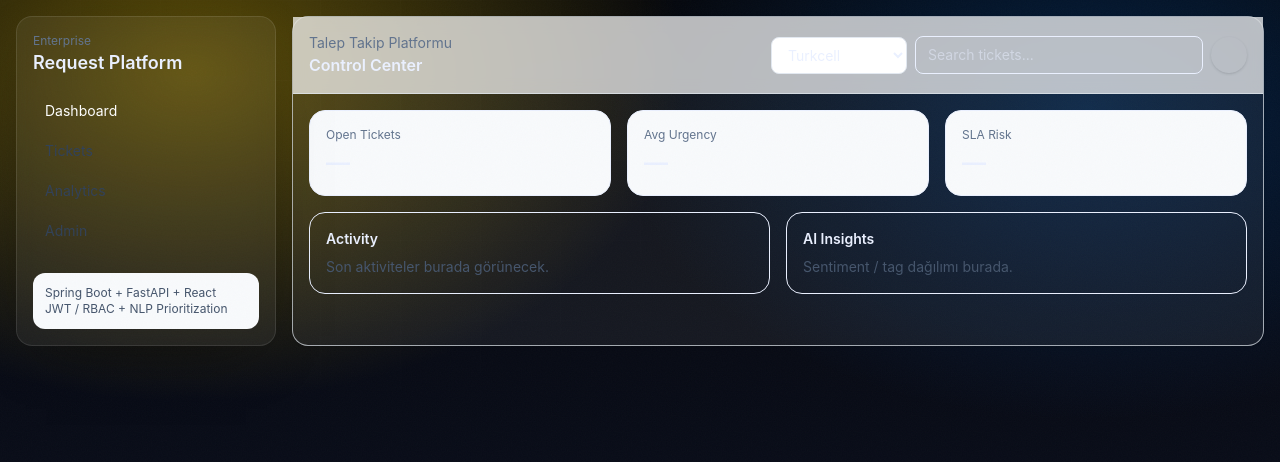
Repository: Salihapeker/enterprise-ai-ticket-system
Page: / (app in Desktop/enterprise-ai-ticket-system/frontend/)
The author's editor kept a copy of each file at every save. The page is drawn from the files as they stood at one save, then again after the next save.
The browser window is 1280 px wide. The pictures show the whole page.
The project was rebuilt for these pictures with package versions that can differ from the ones it lists, and the page was loaded fresh each time. Also part of the build but not shown: Desktop/enterprise-ai-ticket-system/frontend/vite.config.ts, Desktop/enterprise-ai-ticket-system/frontend/src/services/tickets.ts, Desktop/enterprise-ai-ticket-system/frontend/src/pages/TicketsPage.tsx, Desktop/enterprise-ai-ticket-system/frontend/src/pages/AnalyticsPage.tsx, Desktop/enterprise-ai-ticket-system/frontend/src/pages/AdminPage.tsx.

Above is the page before, as saved 2026-03-16 02:38:04.

### Desktop/enterprise-ai-ticket-system/frontend/src/main.tsx
import { StrictMode } from "react";
import { createRoot } from "react-dom/client";
import "./index.css";
import App from "./App.tsx";
import ThemeProvider from "./theme/ThemeProvider";

createRoot(document.getElementById("root")!).render(
  <StrictMode>
    <ThemeProvider>
      <App />
    </ThemeProvider>
  </StrictMode>,
);

### Desktop/enterprise-ai-ticket-system/frontend/src/index.css
@import "tailwindcss";

:root {
  --glow: #ffd100;
  --glow2: #0057b8;
  --bg: #05060a;
  --bg2: #0b1020;
  --card: rgba(255, 255, 255, 0.06);
  --card2: rgba(255, 255, 255, 0.1);
  --text: #eaf0ff;
  --muted: rgba(234, 240, 255, 0.7);
  --stroke: rgba(255, 255, 255, 0.1);
}

html,
body,
#root {
  height: 100%;
}

body {
  margin: 0;
  color: var(--text);
  font-family:
    Inter,
    ui-sans-serif,
    system-ui,
    -apple-system,
    "Segoe UI",
    Roboto,
    Arial,
    "Noto Sans";
  background:
    radial-gradient(
      900px 600px at 15% 10%,
      color-mix(in oklab, var(--glow) 35%, transparent),
      transparent 55%
    ),
    radial-gradient(
      800px 520px at 85% 15%,
      color-mix(in oklab, var(--glow2) 30%, transparent),
      transparent 60%
    ),
    linear-gradient(180deg, var(--bg), var(--bg2));
}

/* subtle grid overlay */
body::before {
  content: "";
  position: fixed;
  inset: 0;
  pointer-events: none;
  opacity: 0.18;
  background-image:
    linear-gradient(to right, rgba(255, 255, 255, 0.08) 1px, transparent 1px),
    linear-gradient(to bottom, rgba(255, 255, 255, 0.08) 1px, transparent 1px);
  background-size: 80px 80px;
  mask-image: radial-gradient(circle at 30% 10%, black 0%, transparent 60%);
}

/* tiny noise */
body::after {
  content: "";
  position: fixed;
  inset: 0;
  pointer-events: none;
  opacity: 0.06;
  background-image: url("data:[embedded picture, 293 characters]");
}

### Desktop/enterprise-ai-ticket-system/frontend/src/App.tsx
import { BrowserRouter, Route, Routes } from "react-router-dom";
import AppShell from "./components/layouts/AppShell";
import DashboardPage from "./pages/DashboardPage";
import TicketsPage from "./pages/TicketsPage";
import AnalyticsPage from "./pages/AnalyticsPage";
import AdminPage from "./pages/AdminPage";

export default function App() {
  return (
    <BrowserRouter>
      <Routes>
        <Route element={<AppShell />}>
          <Route path="/" element={<DashboardPage />} />
          <Route path="/tickets" element={<TicketsPage />} />
          <Route path="/analytics" element={<AnalyticsPage />} />
          <Route path="/admin" element={<AdminPage />} />
        </Route>
      </Routes>
    </BrowserRouter>
  );
}

### Desktop/enterprise-ai-ticket-system/frontend/src/theme/ThemeProvider.tsx
import React, { createContext, useEffect, useMemo, useState } from "react";
import { getTheme, type ThemeId, THEMES } from "./themes";

type ThemeCtx = {
  themeId: ThemeId;
  setThemeId: (id: ThemeId) => void;
};

export const ThemeContext = createContext<ThemeCtx | null>(null);

const KEY = "enterprise-theme";

export default function ThemeProvider({
  children,
}: {
  children: React.ReactNode;
}) {
  const [themeId, setThemeIdState] = useState<ThemeId>(() => {
    const saved = localStorage.getItem(KEY) as ThemeId | null;
    return saved ?? "turkcell";
  });

  const value = useMemo(
    () => ({
      themeId,
      setThemeId: (id: ThemeId) => {
        setThemeIdState(id);
        localStorage.setItem(KEY, id);
      },
    }),
    [themeId],
  );

  useEffect(() => {
    const theme = getTheme(themeId);
    const root = document.documentElement;
    for (const [k, v] of Object.entries(theme.vars))
      root.style.setProperty(k, v);
    // helpful attribute (for debugging)
    root.setAttribute("data-theme", theme.id);
  }, [themeId]);

  return (
    <ThemeContext.Provider value={value}>{children}</ThemeContext.Provider>
  );
}

export { THEMES };

### Desktop/enterprise-ai-ticket-system/frontend/src/components/layouts/AppShell.tsx
import { NavLink, Outlet } from "react-router-dom";
import { useTheme } from "../../hooks/useTheme";
import { THEMES } from "../../theme/themes";
import type { ThemeId } from "../../theme/themes";

const navLinkClass = ({ isActive }: { isActive: boolean }) =>
  [
    "flex items-center gap-2 rounded-lg px-3 py-2 text-sm transition",
    isActive
      ? "bg-[var(--brand-2)] text-white"
      : "text-slate-700 hover:bg-slate-100",
  ].join(" ");

export default function AppShell() {
  const { themeId, setThemeId } = useTheme();

  return (
    <div className="min-h-screen text-[var(--text)]">
      <div className="w-full p-4">
        <div className="grid grid-cols-1 gap-4 lg:grid-cols-[260px_1fr]">
          <aside className="rounded-2xl border border-[var(--stroke)] bg-[var(--card)] p-4 shadow-[0_20px_60px_-30px_rgba(0,0,0,0.6)] backdrop-blur">
            <div className="flex items-center justify-between">
              <div>
                <div className="text-xs text-slate-500">Enterprise</div>
                <div className="text-lg font-semibold">Request Platform</div>
              </div>
            </div>

            <nav className="mt-4 grid gap-1">
              <NavLink to="/" end className={navLinkClass}>
                Dashboard
              </NavLink>
              <NavLink to="/tickets" className={navLinkClass}>
                Tickets
              </NavLink>
              <NavLink to="/analytics" className={navLinkClass}>
                Analytics
              </NavLink>
              <NavLink to="/admin" className={navLinkClass}>
                Admin
              </NavLink>
            </nav>

            <div className="mt-6 rounded-xl bg-slate-50 p-3 text-xs text-slate-600">
              Spring Boot + FastAPI + React
              <br />
              JWT / RBAC + NLP Prioritization
            </div>
          </aside>

          <main className="rounded-2xl border border-slate-200/70 bg-[var(--card)] shadow-sm">
            <header className="sticky top-0 z-10 flex items-center justify-between border-b border-slate-200/70 bg-white/70 p-4 backdrop-blur">
              <div>
                <div className="text-sm text-slate-500">
                  Talep Takip Platformu
                </div>
                <div className="text-base font-semibold">Control Center</div>
              </div>

              <div className="flex items-center gap-2">
                <select
                  value={themeId}
                  onChange={(e) => setThemeId(e.target.value as ThemeId)}
                  className="rounded-lg border border-slate-200 bg-white px-3 py-2 text-sm outline-none focus:ring-2 focus:ring-slate-300"
                  title="Theme"
                >
                  {THEMES.map((t) => (
                    <option key={t.id} value={t.id}>
                      {t.label}
                    </option>
                  ))}
                </select>

                <input
                  className="hidden w-72 rounded-lg border px-3 py-2 text-sm outline-none focus:ring-2 focus:ring-slate-300 md:block"
                  placeholder="Search tickets..."
                />

                <div className="h-9 w-9 rounded-full bg-gradient-to-br from-[var(--brand-2)] to-[var(--brand)] shadow-sm" />
              </div>
            </header>

            <div className="p-4">
              <Outlet />
            </div>
          </main>
        </div>
      </div>
    </div>
  );
}

### Desktop/enterprise-ai-ticket-system/frontend/src/pages/DashboardPage.tsx
export default function DashboardPage() {
  return (
    <div className="grid gap-4">
      <div className="grid grid-cols-1 gap-4 md:grid-cols-3">
        <Card title="Open Tickets" value="—" />
        <Card title="Avg Urgency" value="—" />
        <Card title="SLA Risk" value="—" />
      </div>

      <div className="grid grid-cols-1 gap-4 lg:grid-cols-2">
        <Panel title="Activity">Son aktiviteler burada görünecek.</Panel>
        <Panel title="AI Insights">Sentiment / tag dağılımı burada.</Panel>
      </div>
    </div>
  );
}

function Card({ title, value }: { title: string; value: string }) {
  return (
    <div className="rounded-2xl border bg-slate-50 p-4">
      <div className="text-xs text-slate-500">{title}</div>
      <div className="mt-1 text-2xl font-semibold">{value}</div>
    </div>
  );
}

function Panel({
  title,
  children,
}: {
  title: string;
  children: React.ReactNode;
}) {
  return (
    <div className="rounded-2xl border p-4">
      <div className="text-sm font-semibold">{title}</div>
      <div className="mt-2 text-sm text-slate-600">{children}</div>
    </div>
  );
}

### Desktop/enterprise-ai-ticket-system/frontend/src/theme/themes.ts
export type ThemeId = "turkcell" | "turktelekom" | "vodafone";

export type Theme = {
  id: ThemeId;
  label: string;
  vars: Record<string, string>;
};

export const THEMES: Theme[] = [
  {
    id: "turkcell",
    label: "Turkcell",
    vars: {
      "--glow": "#FFD100",
      "--glow2": "#0057B8",
      "--bg": "#05060a",
      "--bg2": "#0b1020",
      "--card": "rgba(255,255,255,0.06)",
      "--card2": "rgba(255,255,255,0.10)",
      "--text": "#EAF0FF",
      "--muted": "rgba(234,240,255,0.70)",
      "--stroke": "rgba(255,255,255,0.10)",
    },
  },
  {
    id: "turktelekom",
    label: "Türk Telekom",
    vars: {
      "--glow": "#00A0DF",
      "--glow2": "#001A72",
      "--bg": "#05060a",
      "--bg2": "#0b1020",
      "--card": "rgba(255,255,255,0.06)",
      "--card2": "rgba(255,255,255,0.10)",
      "--text": "#EAF0FF",
      "--muted": "rgba(234,240,255,0.70)",
      "--stroke": "rgba(255,255,255,0.10)",
    },
  },
  {
    id: "vodafone",
    label: "Vodafone",
    vars: {
      "--glow": "#E60000",
      "--glow2": "#FF4D4D",
      "--bg": "#05060a",
      "--bg2": "#0b1020",
      "--card": "rgba(255,255,255,0.06)",
      "--card2": "rgba(255,255,255,0.10)",
      "--text": "#FFF1F1",
      "--muted": "rgba(255,241,241,0.70)",
      "--stroke": "rgba(255,255,255,0.10)",
    },
  },
];

export function getTheme(id: ThemeId): Theme {
  return THEMES.find((x) => x.id === id) ?? THEMES[0];
}

### Desktop/enterprise-ai-ticket-system/frontend/src/hooks/useTheme.ts
import { useContext } from "react";
import { ThemeContext } from "../theme/ThemeProvider";

export function useTheme() {
  const ctx = useContext(ThemeContext);
  if (!ctx) throw new Error("useTheme must be used within ThemeProvider");
  return ctx;
}

After the next save:
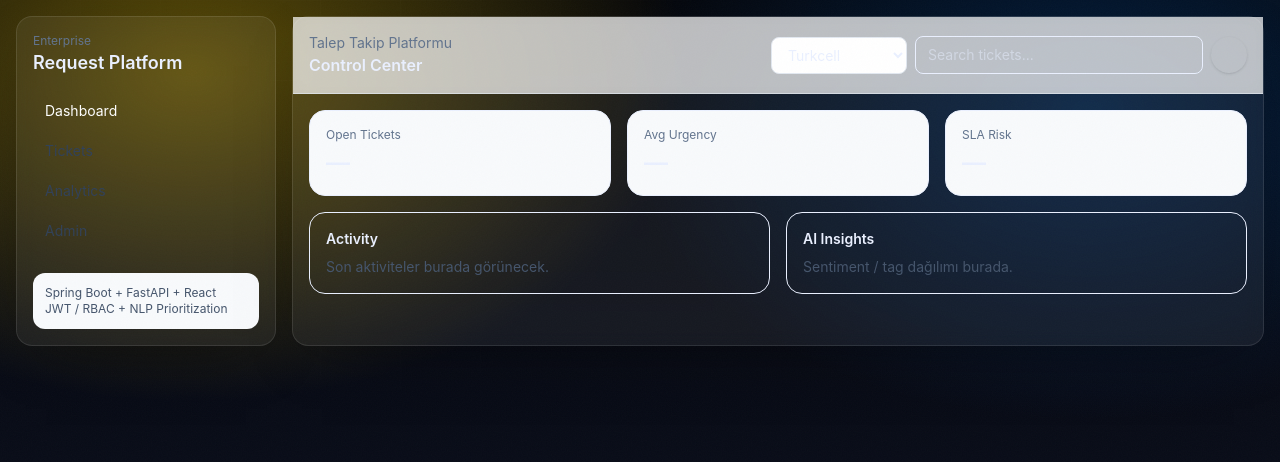
Saved 15 s later.
--- a/Desktop/enterprise-ai-ticket-system/frontend/src/components/layouts/AppShell.tsx
+++ b/Desktop/enterprise-ai-ticket-system/frontend/src/components/layouts/AppShell.tsx
@@ -48,7 +48,7 @@ export default function AppShell() {
             </div>
           </aside>
 
-          <main className="rounded-2xl border border-slate-200/70 bg-[var(--card)] shadow-sm">
+          <main className="rounded-2xl border border-[var(--stroke)] bg-[var(--card)] shadow-[0_20px_60px_-30px_rgba(0,0,0,0.6)] backdrop-blur">
             <header className="sticky top-0 z-10 flex items-center justify-between border-b border-slate-200/70 bg-white/70 p-4 backdrop-blur">
               <div>
                 <div className="text-sm text-slate-500">
